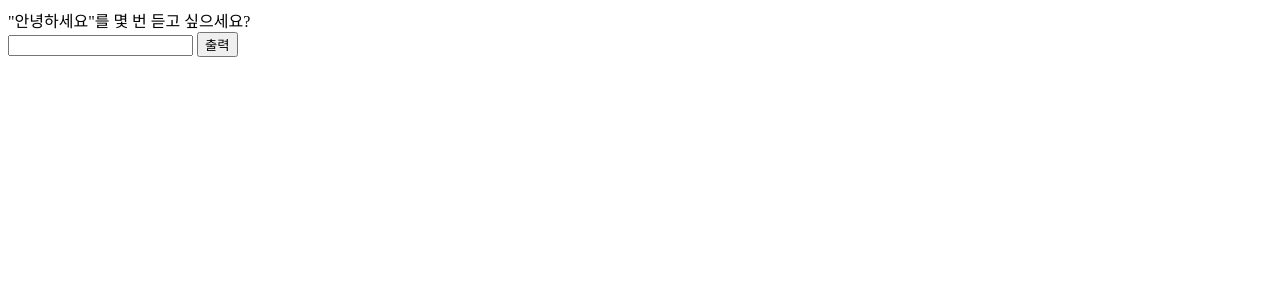
Repository: yunBibi/newlecture_jsp
Page: JSPPrj/src/main/webapp/hi.html
These files come from the project's save history. The page is drawn as it stood at one moment and after the next save; the edit follows.
The browser window is 1280 px wide. The pictures show the whole page.

Above is the page before, as saved 2021-11-28 06:55:27.

After the next save:
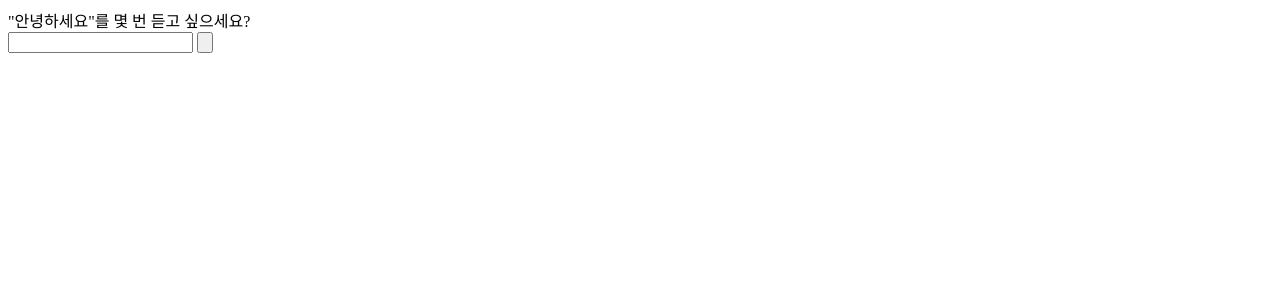
Saved 55 s later.
--- a/JSPPrj/src/main/webapp/hi.html
+++ b/JSPPrj/src/main/webapp/hi.html
@@ -12,7 +12,7 @@
 		</div>
 		<div>
 			<input type="text" name="cnt" />
-			<input type="submit" value="출력" />
+			<input type="submit" value="" />
 		</div>
 	</form>
 	</div>
